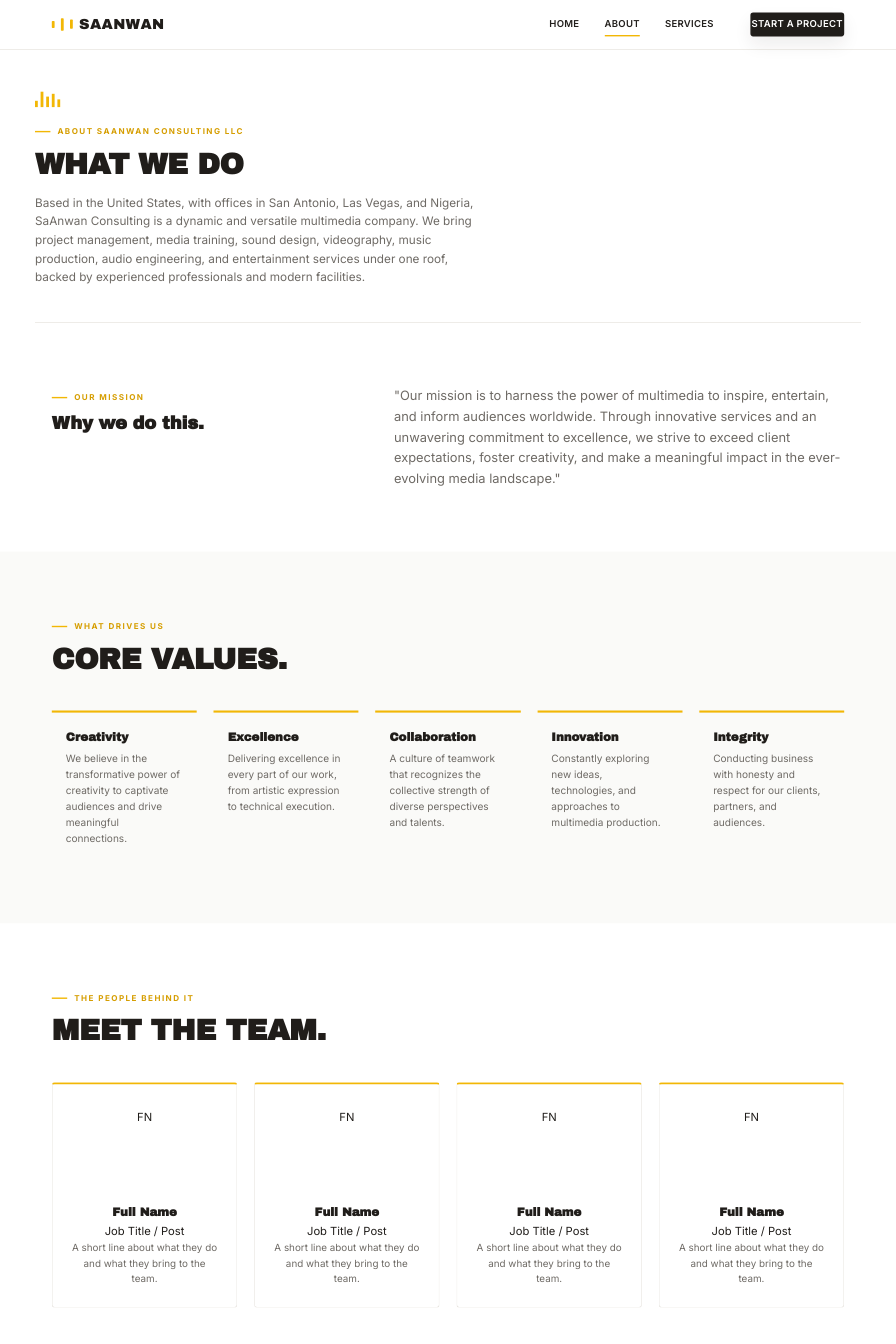
Repository: joshuaonazi/saanwan
Page: about.html
These files come from the project's save history. The page is drawn as it stood at one moment and after the next save; the edit follows.
The browser window is 1280 px wide. The pictures show the part of the page from y = 0 to 1920 px (the page is 3132 px tall), at 70% of full size.

Above is the page before, as saved 2026-07-10 17:06:15.

### about.html
<!DOCTYPE html>
<html lang="en">
  <head>
    <meta charset="UTF-8">
    <meta name="viewport" content="width=device-width, initial-scale=1.0">
    <title>About — SAANWAN Consulting</title>
    <meta name="description" content="Learn about SAANWAN Consulting LLC — our mission, core values, and offices in San Antonio, Las Vegas, and Nigeria.">
    <link rel="preconnect" href="https://fonts.googleapis.com">
    <link rel="preconnect" href="https://fonts.gstatic.com" crossorigin>
    <link href="https://fonts.googleapis.com/css2?family=Archivo+Black&family=Inter:wght@400;500;600;700&display=swap" rel="stylesheet">
    <link rel="stylesheet" href="styles.css">
  </head>
<body>

<header class="site-header">
  <nav class="nav wrap">
    <a href="index.html" class="logo" aria-label="SAANWAN home">
      <span class="bar"></span><span class="bar"></span><span class="bar"></span>
      SAANWAN
    </a>
    <button class="nav-toggle" aria-label="Toggle menu" aria-expanded="false">
      <span></span><span></span><span></span>
    </button>
    <div class="nav-links">
      <a href="index.html">Home</a>
      <a href="about.html" aria-current="page">About</a>
      <a href="services.html">Services</a>
      <a href="contact.html" class="nav-cta">Start a Project</a>
    </div>
  </nav>
</header>

<main>

  <section class="page-hero wrap">
    <div class="eq-divider"><span></span><span></span><span></span><span></span><span></span></div>
    <span class="eyebrow">About SaAnwan Consulting LLC</span>
    <h2 style>WHAT WE DO</h2>
    <p>Based in the United States, with offices in San Antonio, Las Vegas, and Nigeria, SaAnwan Consulting is a dynamic and versatile multimedia company. We bring project management, media training, sound design, videography, music production, audio engineering, and entertainment services under one roof, backed by experienced professionals and modern facilities.</p>
  </section>

  <section class="section">
    <div class="wrap mission-block">
      <div>
        <span class="eyebrow">Our Mission</span>
        <h2 style="text-transform:none; font-size: 1.6rem;">Why we do this.</h2>
      </div>
      <P style="text-transform:none; font-size: 1.15rem;">
        "Our mission is to harness the power of multimedia to inspire, entertain, and inform audiences worldwide. Through innovative services and an unwavering commitment to excellence, we strive to exceed client expectations, foster creativity, and make a meaningful impact in the ever-evolving media landscape."
      </P>
    </div>
  </section>

  <section class="section section-cream">
    <div class="wrap">
      <div class="section-head">
        <span class="eyebrow">What Drives Us</span>
        <h2>Core values.</h2>
      </div>
      <div class="values-grid">
        <div class="value-card">
          <h3>Creativity</h3>
          <p>We believe in the transformative power of creativity to captivate audiences and drive meaningful connections.</p>
        </div>
        <div class="value-card">
          <h3>Excellence</h3>
          <p>Delivering excellence in every part of our work, from artistic expression to technical execution.</p>
        </div>
        <div class="value-card">
          <h3>Collaboration</h3>
          <p>A culture of teamwork that recognizes the collective strength of diverse perspectives and talents.</p>
        </div>
        <div class="value-card">
          <h3>Innovation</h3>
          <p>Constantly exploring new ideas, technologies, and approaches to multimedia production.</p>
        </div>
        <div class="value-card">
          <h3>Integrity</h3>
          <p>Conducting business with honesty and respect for our clients, partners, and audiences.</p>
        </div>
      </div>
    </div>
  </section>

  <section class="section">
    <div class="wrap">
      <div class="section-head">
        <span class="eyebrow">The People Behind It</span>
        <h2>Meet the team.</h2>
      </div>
      <!--
        TEAM SETUP — this whole block is placeholder content, swap it for the real thing:
        1. Replace each <div class="placeholder-initials">XX</div> with
           <img src="assets/team/filename.jpg" alt="Full Name">
           (add real photos into an /assets/team/ folder — square images work best)
        2. Update the name, role/post, and short description text for each person.
        3. Copy a whole .team-card block to add more members, or delete one to remove.
      -->
      <div class="team-grid">
        <div class="team-card">
          <div class="team-photo">
            <div class="placeholder-initials">FN</div>
          </div>
          <div class="team-info">
            <h3>Full Name</h3>
            <span class="role">Job Title / Post</span>
            <p>A short line about what they do and what they bring to the team.</p>
          </div>
        </div>
        <div class="team-card">
          <div class="team-photo">
            <div class="placeholder-initials alt">FN</div>
          </div>
          <div class="team-info">
            <h3>Full Name</h3>
            <span class="role">Job Title / Post</span>
            <p>A short line about what they do and what they bring to the team.</p>
          </div>
        </div>
        <div class="team-card">
          <div class="team-photo">
            <div class="placeholder-initials">FN</div>
          </div>
          <div class="team-info">
            <h3>Full Name</h3>
            <span class="role">Job Title / Post</span>
            <p>A short line about what they do and what they bring to the team.</p>
          </div>
        </div>
        <div class="team-card">
          <div class="team-photo">
            <div class="placeholder-initials alt">FN</div>
          </div>
          <div class="team-info">
            <h3>Full Name</h3>
            <span class="role">Job Title / Post</span>
            <p>A short line about what they do and what they bring to the team.</p>
          </div>
        </div>
      </div>
    </div>
  </section>

  <section class="section section-cream">
    <div class="wrap">
      <div class="section-head">
        <span class="eyebrow">Where We Work</span>
        <h2>Our locations.</h2>
      </div>
      <div class="locations-grid">
        <div class="location-card">
          <span class="eyebrow">Texas</span>
          <h3>San Antonio</h3>
          <p>United States</p>
        </div>
        <div class="location-card">
          <span class="eyebrow">Nevada</span>
          <h3>Las Vegas</h3>
          <p>United States</p>
        </div>
        <div class="location-card">
          <span class="eyebrow">West Africa</span>
          <h3>Nigeria</h3>
          <p>International office</p>
        </div>
      </div>
    </div>
  </section>

  <section class="cta-banner">
    <div class="wrap">
      <span class="eyebrow" style="color: var(--color-yellow);">Let's Talk</span>
      <h2>Bring your project to a team that's done this before.</h2>
      <div class="cta-actions">
        <a href="contact.html" class="btn btn-primary">Get In Touch</a>
        <a href="services.html" class="btn btn-outline-light">See All Services</a>
      </div>
    </div>
  </section>

</main>

<footer class="site-footer">
  <div class="wrap">
    <div class="footer-top">
      <div>
        <a href="index.html" class="logo">
          <span class="bar"></span><span class="bar"></span><span class="bar"></span>
          SAANWAN
        </a>
        <p>A multimedia consulting company delivering creative and technical excellence across production, sound, and screen.</p>
      </div>
      <div class="footer-col">
        <h4>Site</h4>
        <ul>
          <li><a href="index.html">Home</a></li>
          <li><a href="about.html">About</a></li>
          <li><a href="services.html">Services</a></li>
          <li><a href="contact.html">Contact</a></li>
        </ul>
      </div>
      <div class="footer-col">
        <h4>Services</h4>
        <ul>
          <li><a href="services.html">Sound Design</a></li>
          <li><a href="services.html">Videography</a></li>
          <li><a href="services.html">Music Production</a></li>
          <li><a href="services.html">Audio Engineering</a></li>
        </ul>
      </div>
      <div class="footer-col">
        <h4>Locations</h4>
        <ul>
          <li><a href="about.html">San Antonio, USA</a></li>
          <li><a href="about.html">Las Vegas, USA</a></li>
          <li><a href="about.html">Nigeria</a></li>
        </ul>
      </div>
    </div>
    <div class="footer-bottom">
      <span>&copy; <span id="year"></span> SaAnwan Consulting LLC. All rights reserved.</span>
      <span>Built for creators, by creators.</span>
    </div>
  </div>
</footer>

<script src="index.js"></script>
</body>
</html>

Loaded but not shown: index.js (129 lines, source omitted); styles.css (757 lines, source omitted)

After the next save:
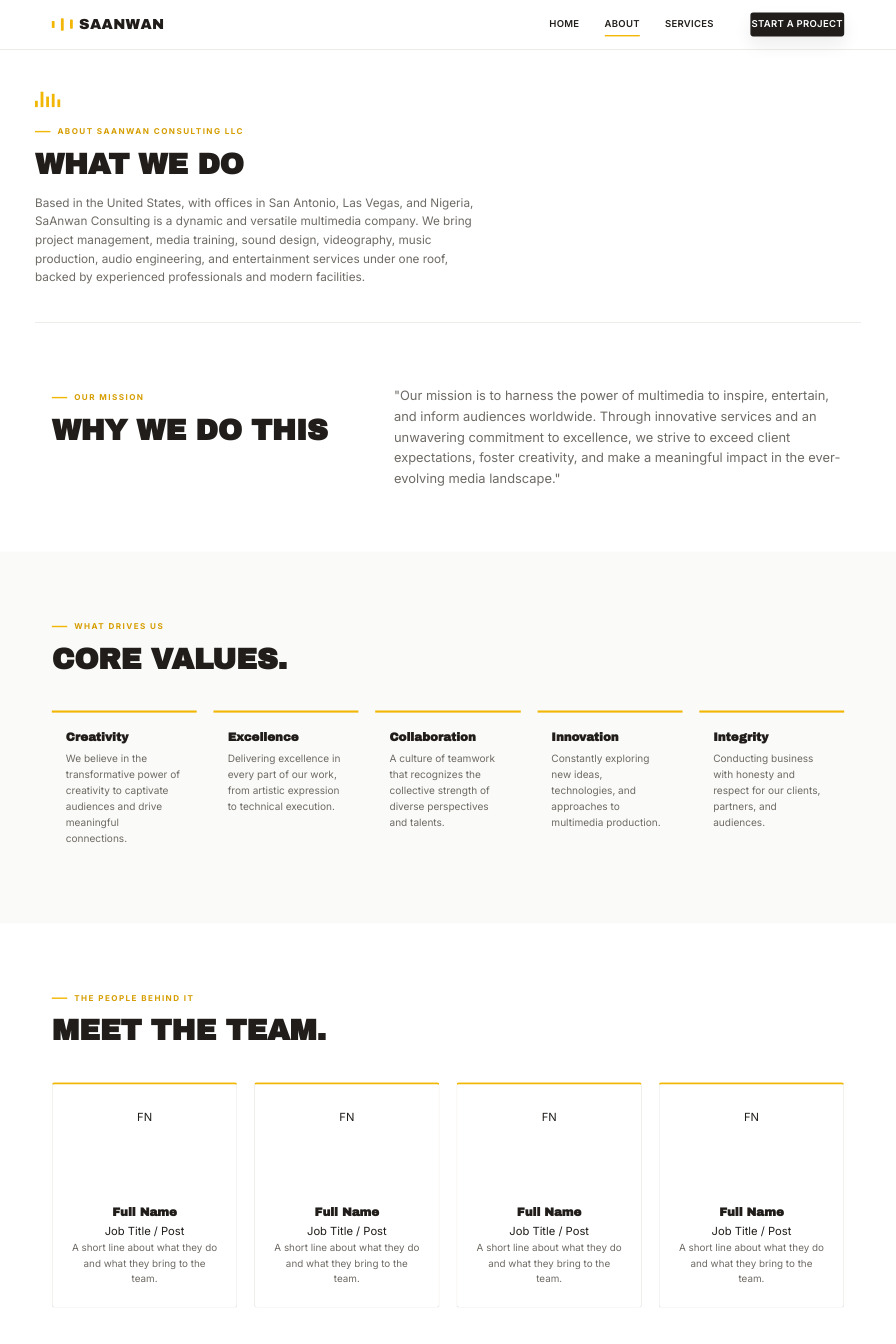
Saved 71 s later.
--- a/about.html
+++ b/about.html
@@ -43,7 +43,7 @@
     <div class="wrap mission-block">
       <div>
         <span class="eyebrow">Our Mission</span>
-        <h2 style="text-transform:none; font-size: 1.6rem;">Why we do this.</h2>
+        <h2 >WHY WE DO THIS</h2>
       </div>
       <P style="text-transform:none; font-size: 1.15rem;">
         "Our mission is to harness the power of multimedia to inspire, entertain, and inform audiences worldwide. Through innovative services and an unwavering commitment to excellence, we strive to exceed client expectations, foster creativity, and make a meaningful impact in the ever-evolving media landscape."
